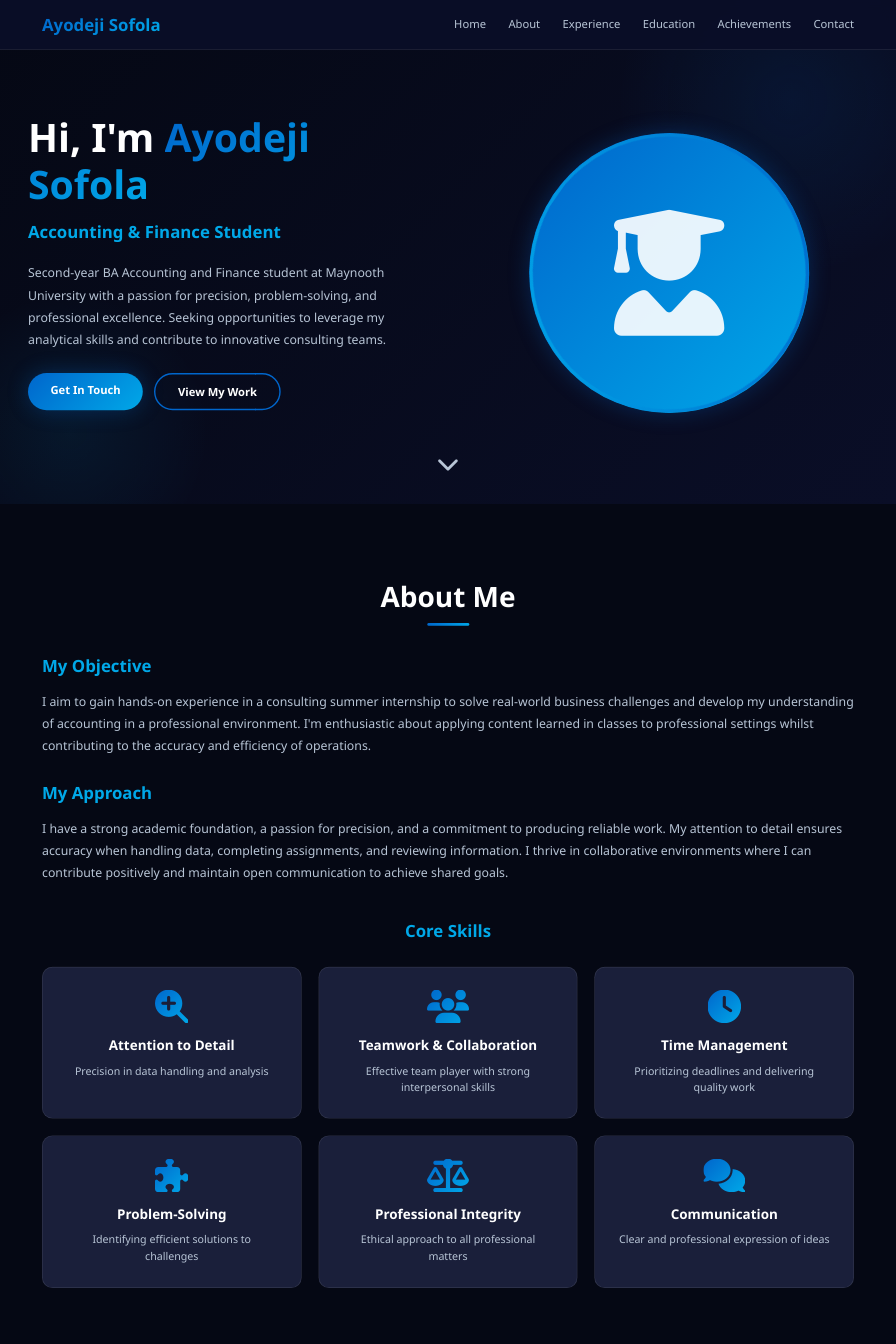
Repository: Daniel-01000/Ayodeji-s_Website
Page: index.html
The author's editor kept a copy of each file at every save. The page is drawn from the files as they stood at one save, then again after the next save.
The browser window is 1280 px wide. The pictures show the part of the page from y = 0 to 1920 px (the page is 6450 px tall), at 70% of full size.

Above is the page before, as saved 2025-11-30 04:16:31.

After the next save:
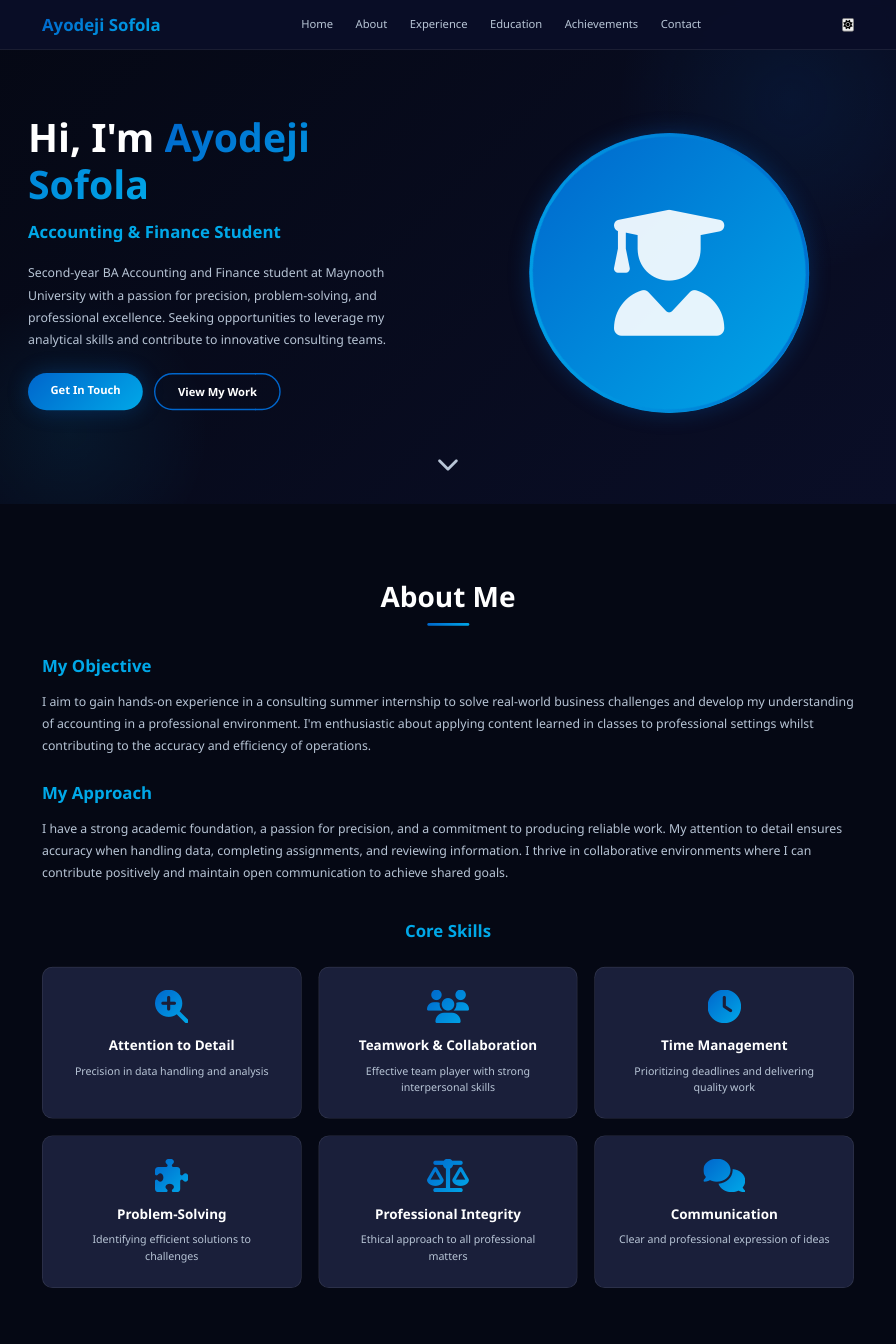
Saved 115 s later.
--- a/index.html
+++ b/index.html
@@ -20,6 +20,9 @@
                 <li><a href="#achievements" class="nav-link">Achievements</a></li>
                 <li><a href="#contact" class="nav-link">Contact</a></li>
             </ul>
+            <button class="theme-toggle" id="themeToggle" aria-label="Toggle theme">
+                <i class="fas fa-sun"></i>
+            </button>
             <div class="hamburger">
                 <span class="bar"></span>
                 <span class="bar"></span>
